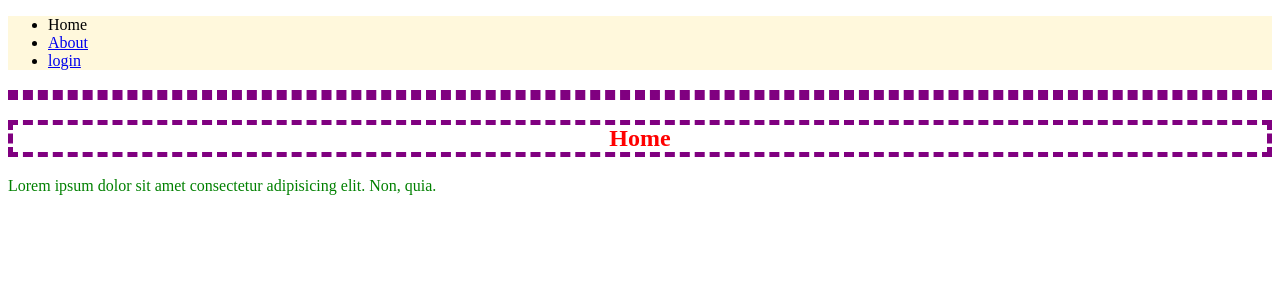
Repository: AnnaSpirit/Tests__
Page: CSS/index.html
An editor plug-in stored every save of this project. The page is shown before and after a run of saves, followed by the edit.
The browser window is 1280 px wide. The pictures show the whole page.

Above is the page before, as saved 2024-04-04 16:59:31.

After the next 2 saves:
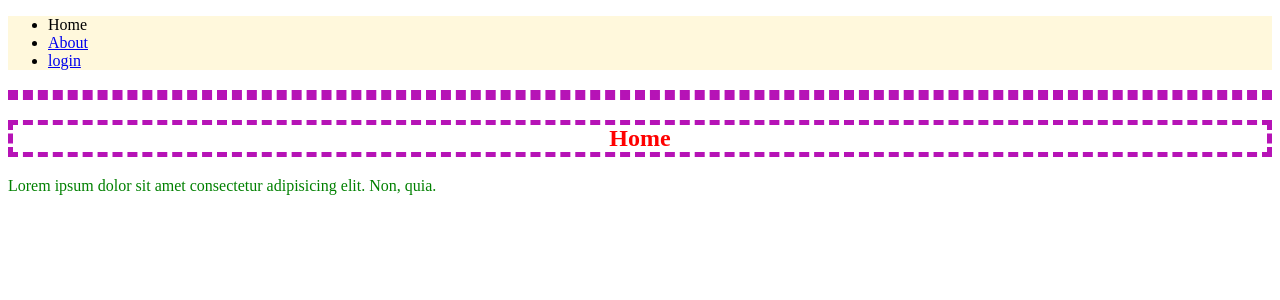
The 2 saves are shown as one change because they came seconds apart.
The last was saved 10 s later.
--- a/CSS/style.css
+++ b/CSS/style.css
@@ -5,7 +5,7 @@
 h2{
     color: red;
     text-align: center;
-    border: 5px dashed purple;
+    border: 5px dashed rgb(182, 19, 182);
 }
 p{
     color: green;
